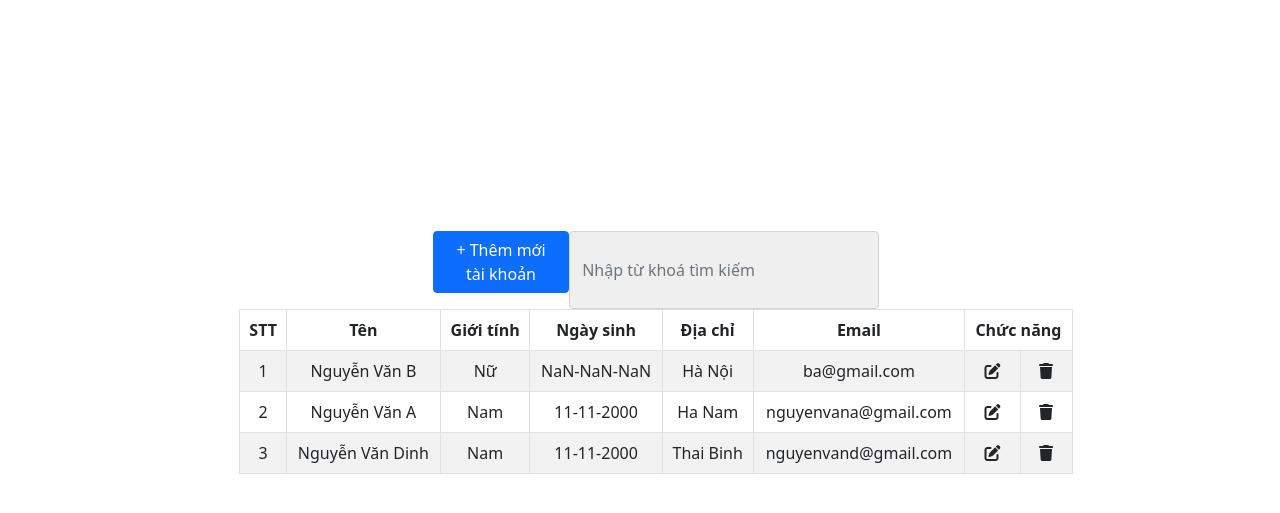
Repository: TinhTT336/MD02_Session12
Page: / (app in client/)
The author's editor kept a copy of each file at every save. The page is drawn from the files as they stood at one save, then again after the next save.
The browser window is 1280 px wide. The pictures show the whole page.
The project was rebuilt for these pictures with package versions that can differ from the ones it lists, and the page was loaded fresh each time. Requests to the local data server were answered from the project's data file. Also part of the build but not shown: client/vite.config.js, client/src/components/admin/manager-product/FormAdd.jsx, client/src/components/admin/manager-product/FormEdit.jsx, client/src/pages/product/ListProduct.jsx, client/src/components/admin/manager-user/FormAddUser.jsx, client/src/components/admin/manager-user/FormEditUser.jsx.

Above is the page before, as saved 2023-09-12 09:39:25.

After the next save:
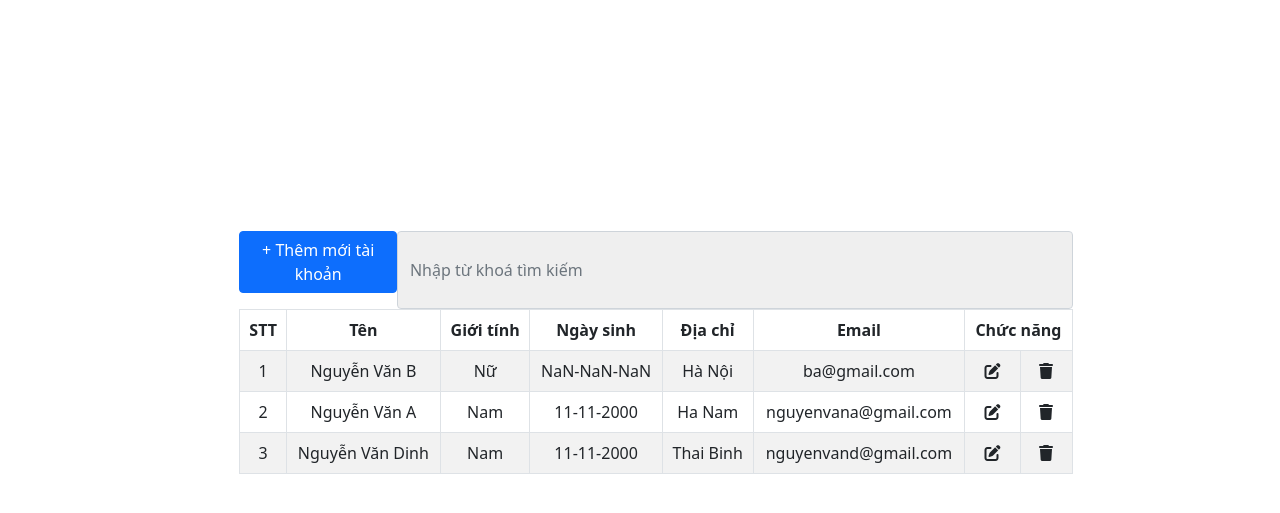
Saved 41 s later.
--- a/client/src/pages/admin/ListUser.jsx
+++ b/client/src/pages/admin/ListUser.jsx
@@ -63,7 +63,7 @@ export default function ListUser() {
             {/* Form edit */}
             {showEdit && <FormEditUser handleCloseEdit={handleCloseEdit} loadData={loadData} idEdit={idEdit} />}
             <div className='container d-flex align-items-center  flex-column m-3'>
-                <div className='d-flex justify-content-between'>
+                <div className='d-flex justify-content-between' style={{ width: "100%" }}>
                     <button onClick={handleShow} className='btn btn-primary mb-3'>+ Thêm mới tài khoản</button>
                     <input type="text" name="" id="" className="form-control" placeholder='Nhập từ khoá tìm kiếm' />
                 </div>
